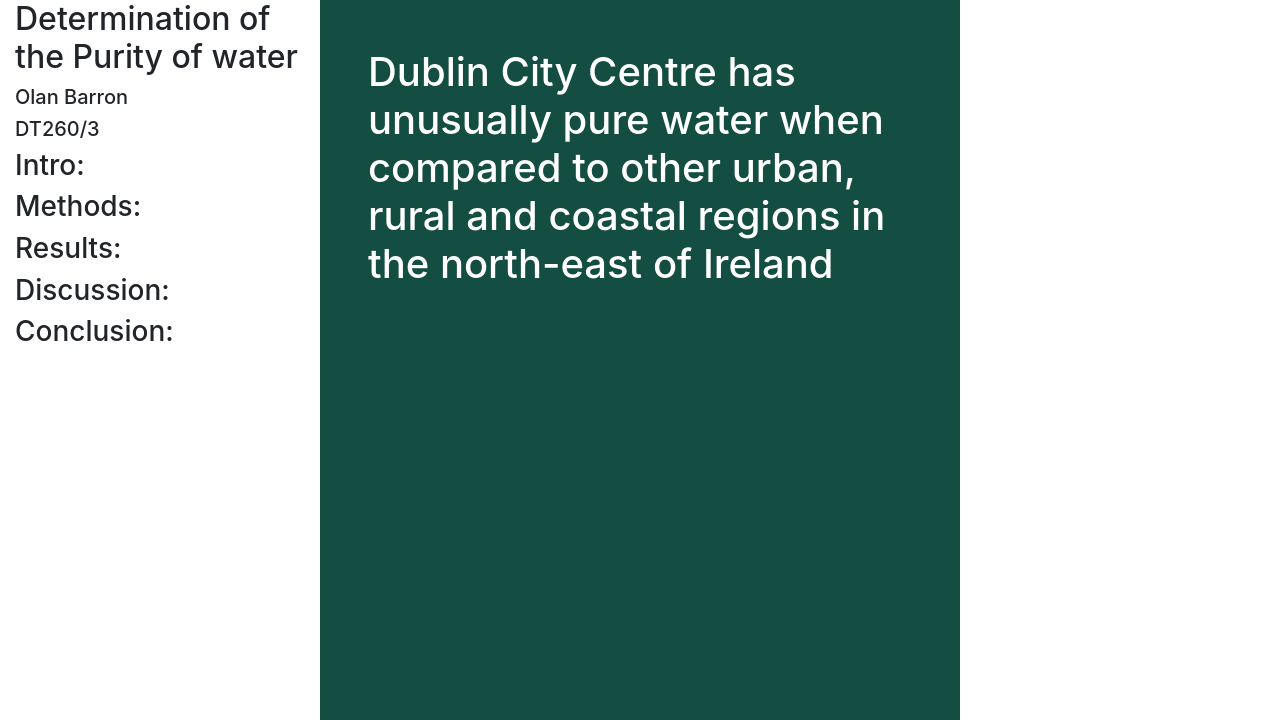
Repository: Olan1/project_poster
Page: index.html
The author's editor kept a record of every edit. The page is drawn from the files as they stood at one moment, then again after the next edit.
The browser window is 1280 px wide. The pictures show the whole page.

Above is the page before.

After the next edit:
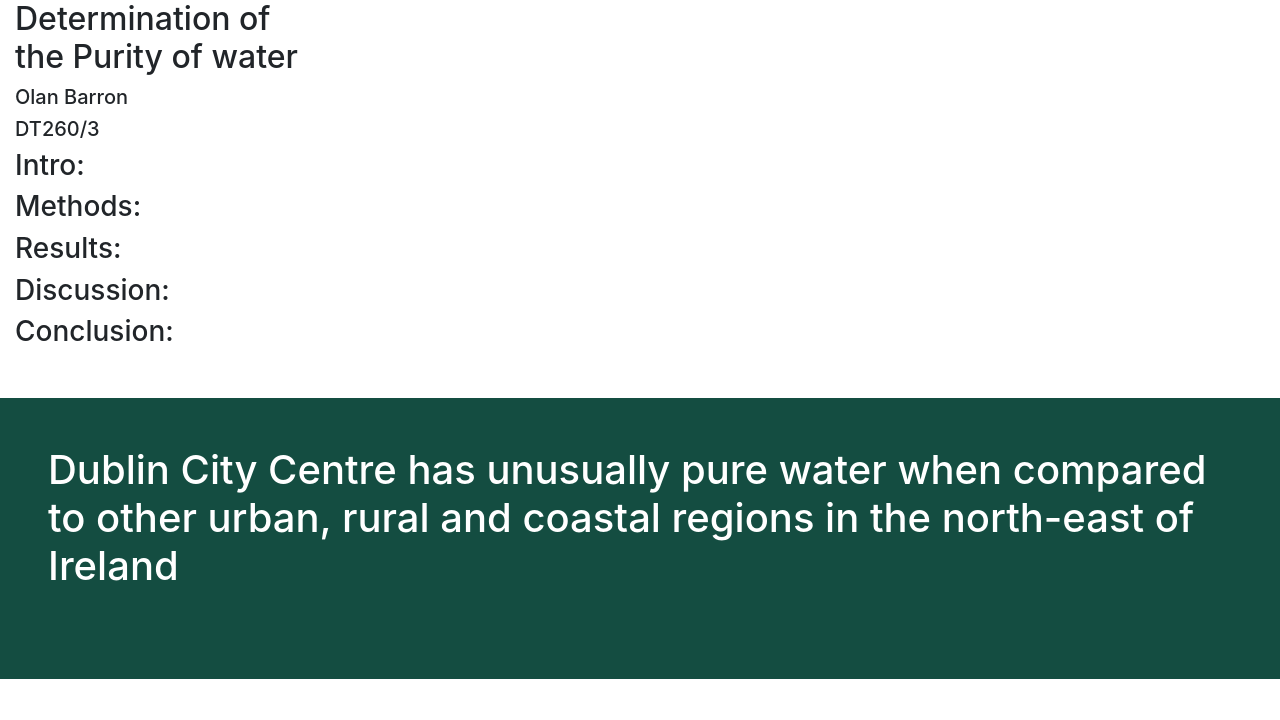
The edit:
--- a/index.html
+++ b/index.html
@@ -29,7 +29,7 @@
                 <h3>Discussion:</h3>
                 <h3>Conclusion:</h3>
             </div>
-            <div class="col-sm-6 bg-green p-0">
+            <div class="col-m-6 bg-green p-0">
                 <h1 class="white-text center-text center-align m-5">Dublin City Centre has unusually pure water when compared to other urban, rural and coastal regions in the north-east of Ireland</h1>
             </div>
             <div class="col-m-3">
